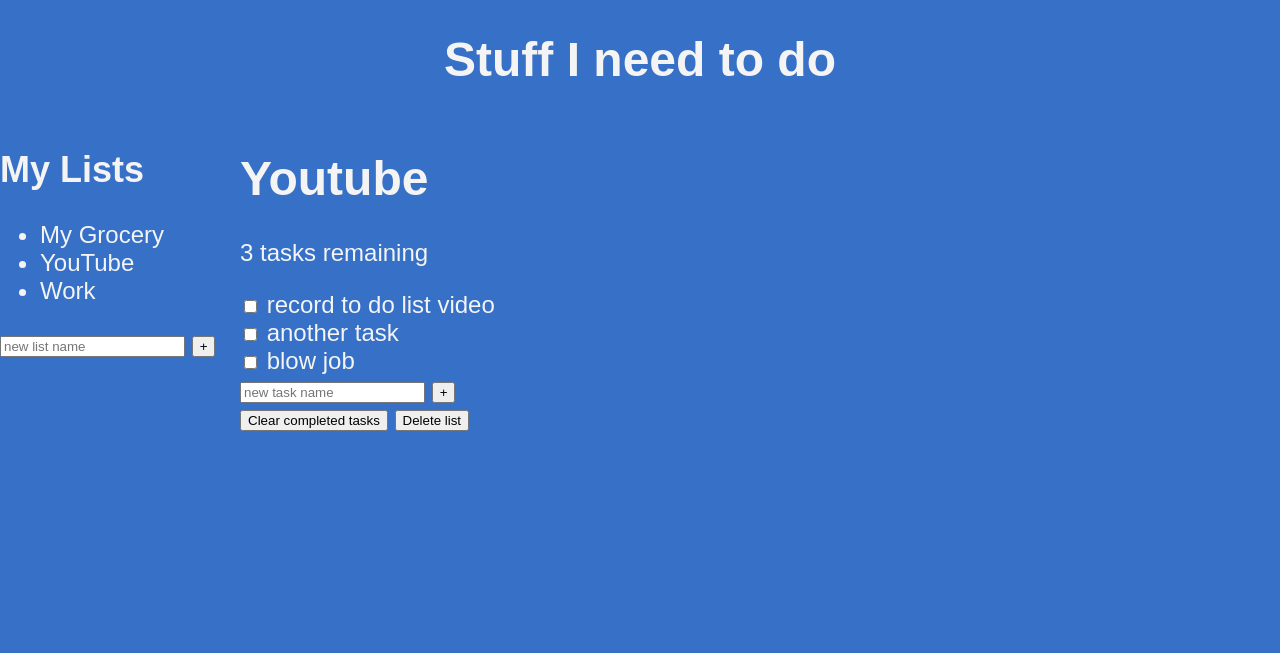
Repository: MohammadMazloum123/To-Do-List-App-
Page: index.html
These files come from the project's save history. The page is drawn as it stood at one moment and after a run of saves; the edit follows.
The browser window is 1280 px wide. The pictures show the whole page.

Above is the page before, as saved 2024-02-15 12:32:47.

After the next 3 saves:
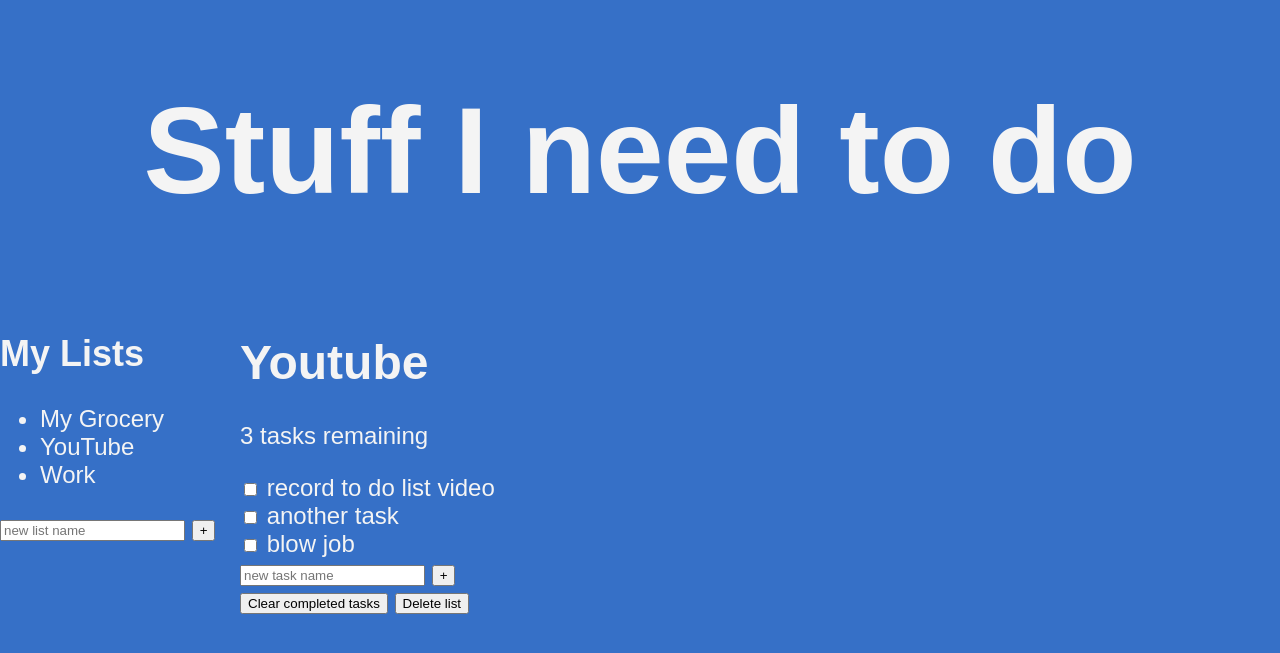
The 3 saves are shown as one change because they came seconds apart.
The last was saved 8 s later.
--- a/styles.css
+++ b/styles.css
@@ -28,5 +28,6 @@ body{
     grid-area: header;
     text-align: center;
     font-weight: 800;
-    font-size: calc();
+    font-size: calc(7vw + 2rem);
+
 }
